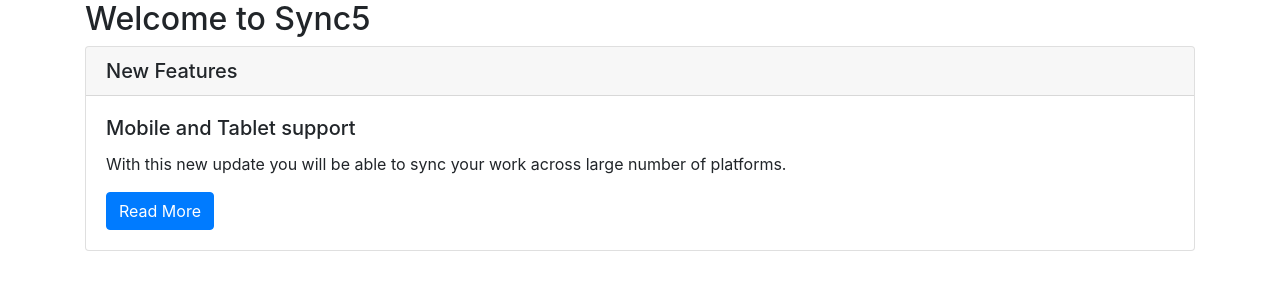
Repository: acciojob/bootstrap-card-vandanayadav15
Page: main.html
The author's editor kept a copy of each file at every save. The page is drawn from the files as they stood at one save, then again after a run of saves.
The browser window is 1280 px wide. The pictures show the whole page.

Above is the page before, as saved 2022-10-28 23:24:25.

### main.html
<!DOCTYPE html>
<html lang="en">

<head>
	<title>Welcome to Sync5</title>
	<meta charset="utf-8">
	<meta name="viewport" content="width=device-width, initial-scale=1">
	<link rel="stylesheet" href="https://cdn.jsdelivr.net/npm/bootstrap@4.6.1/dist/css/bootstrap.min.css">
	<script src="https://cdn.jsdelivr.net/npm/jquery@3.6.0/dist/jquery.slim.min.js"></script>
	<script src="https://cdn.jsdelivr.net/npm/popper.js@1.16.1/dist/umd/popper.min.js"></script>
	<script src="https://cdn.jsdelivr.net/npm/bootstrap@4.6.1/dist/js/bootstrap.bundle.min.js"></script>
</head>

<body>

	<div class="container">
		<h2>Welcome to Sync5</h2>
		<div class="card">
			<h5 class="card-header">New Features</h5>
			<div class="card-body">
				<h5 class="card-title">Mobile and Tablet support</h5>
				<p class="card-text">With this new update you will be able to sync your work across large number of platforms.</p>
				<a href="#" class="btn btn-primary">Read More</a>
			</div>
		</div>
	</div>

</body>

</html>

After the next 2 saves:
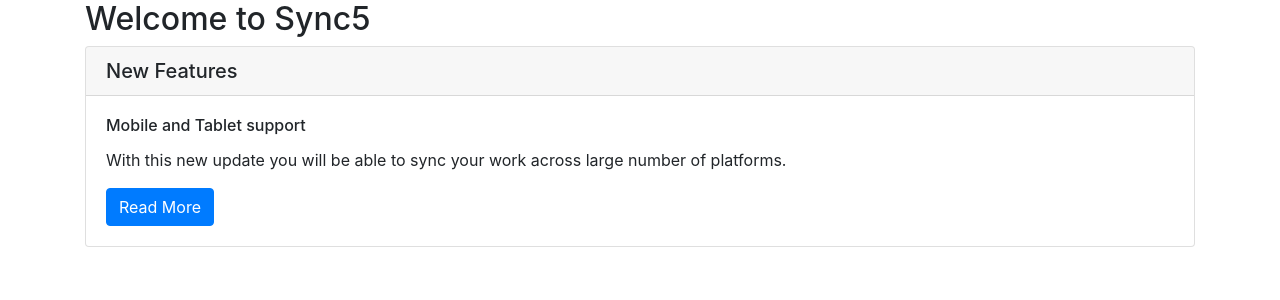
The 2 saves are shown as one change because they came seconds apart.
The last was saved 8 s later.
--- a/main.html
+++ b/main.html
@@ -18,7 +18,7 @@
 		<div class="card">
 			<h5 class="card-header">New Features</h5>
 			<div class="card-body">
-				<h5 class="card-title">Mobile and Tablet support</h5>
+				<h6 class="card-title">Mobile and Tablet support</h5>
 				<p class="card-text">With this new update you will be able to sync your work across large number of platforms.</p>
 				<a href="#" class="btn btn-primary">Read More</a>
 			</div>
